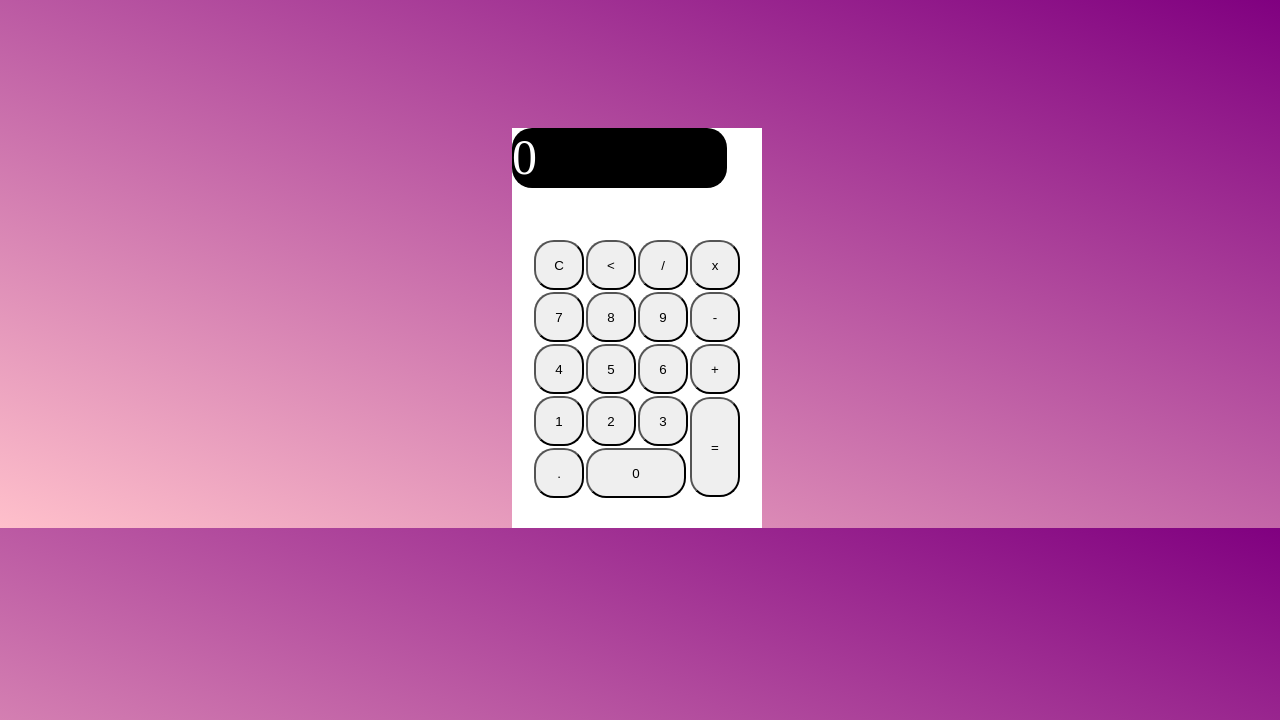
Repository: mariele-huff/calculadora
Page: index.html
The author's editor kept a copy of each file at every save. The page is drawn from the files as they stood at one save, then again after the next save.
The browser window is 1280 px wide. The pictures show the whole page.

Above is the page before, as saved 2022-08-12 18:58:38.

### index.html
<!DOCTYPE html>
<html lang="pt-br">

<head>
    <meta charset="UTF-8">
    <meta http-equiv="X-UA-Compatible" content="IE=edge">
    <meta name="viewport" content="width=device-width, initial-scale=1.0">
    <link rel="stylesheet" href="style.css">
    <script src="index.js">

    </script>
    <title>Calculadora</title>
</head>

<body>
    <div class="calculadora">
        <p id="resultado">0</p>
        <table>
            <tr>
                <td><button class="botao" onclick="limpar()">C</button></td>
                <td><button class="botao" onclick="voltar()">
                        < </button>
                </td>
                <td><button class="botao" onclick="acrescenta('/')">/</button></td>
                <td><button class="botao" onclick="acrescenta('x')">x</button></td>
            </tr>
            <tr>
                <td><button class="botao" onclick="acrescenta('7')">7</button></td>
                <td><button class="botao" onclick="acrescenta('8')">8</button></td>
                <td><button class="botao" onclick="acrescenta('9')">9</button></td>
                <td><button class="botao" onclick="acrescenta('-')">-</button></td>
            </tr>
            <tr>
                <td><button class="botao" onclick="acrescenta('4')">4</button></td>
                <td><button class="botao" onclick="acrescenta('5')">5</button></td>
                <td><button class="botao" onclick="acrescenta('6')">6</button></td>
                <td><button class="botao" button onclick="acrescenta('+')">+</button>
                </td>
            </tr>
            <tr>
                <td><button class="botao" onclick="acrescenta('1')">1</button></td>
                <td><button class="botao" onclick="acrescenta('2')">2</button></td>
                <td><button class="botao" onclick="acrescenta('3')">3</button></td>
                <td rowspan="2"><button class="botao2" onclick="calcular()">=</button></td>
            </tr>
            <tr>

                <td> <button class="botao" onclick="acrescenta('.')">.</button></td>
                <td colspan="2"><button class="botao1" onclick="acrescenta('3')">0</button></td>
            </tr>
        </table>
    </div>

</body>

</html>

### style.css
*{
    margin: 0;
    padding: 0;
}

body{
    background-image: linear-gradient(20deg , pink, purple);

}

.calculadora{
    margin-top: 10%;
    background-color: white ;
    width: 250px;
    height: 400px;
    margin-left: 40%;
}



.botao{

    height: 50px;
    width: 50px;
    border-radius: 20px;

}
.botao1{

    height:50px;
    width: 100px;
    border-radius: 20px;

}
.botao2{

    height:100px;
    width: 50px;
    border-radius: 20px;

}
#resultado {
    margin-top: 100px;
    margin-bottom: 15px;
    background-color: black;
    height: 60px;
    width: 215px;
    border: 5px black;
    border-radius: 20px;
    color: white;
    font-size: 50px;

}
table{
        margin-left: 20PX;
        margin-top: 50PX;
}

### index.js
 let resultado = () => {
    let resultado = resultado.document.querySelector('#resultado').innerHTML
    return resultado
}

 let acrescenta = (num)=> {

let numero =   document.querySelector('#resultado').innerHTML

document.querySelector('#resultado').innerHTML=numero + num
 }

 let limpar = () =>{
    let resultado =   document.querySelector('#resultado')
    resultado.innerHTML= " "
}

 let voltar = () =>{
     resultado =  document.querySelector('#resultado').innerHTML
     document.querySelector('resultado').innerHTML = resultado.substring(0, resultado.length -1)



}
 let calcular = () => {
   let resultado = document.querySelector('#resultado').innerHTML
    if(resultado){
        document.querySelector('#resultado').innerHTML = eval(resultado)
    }

}

After the next save:
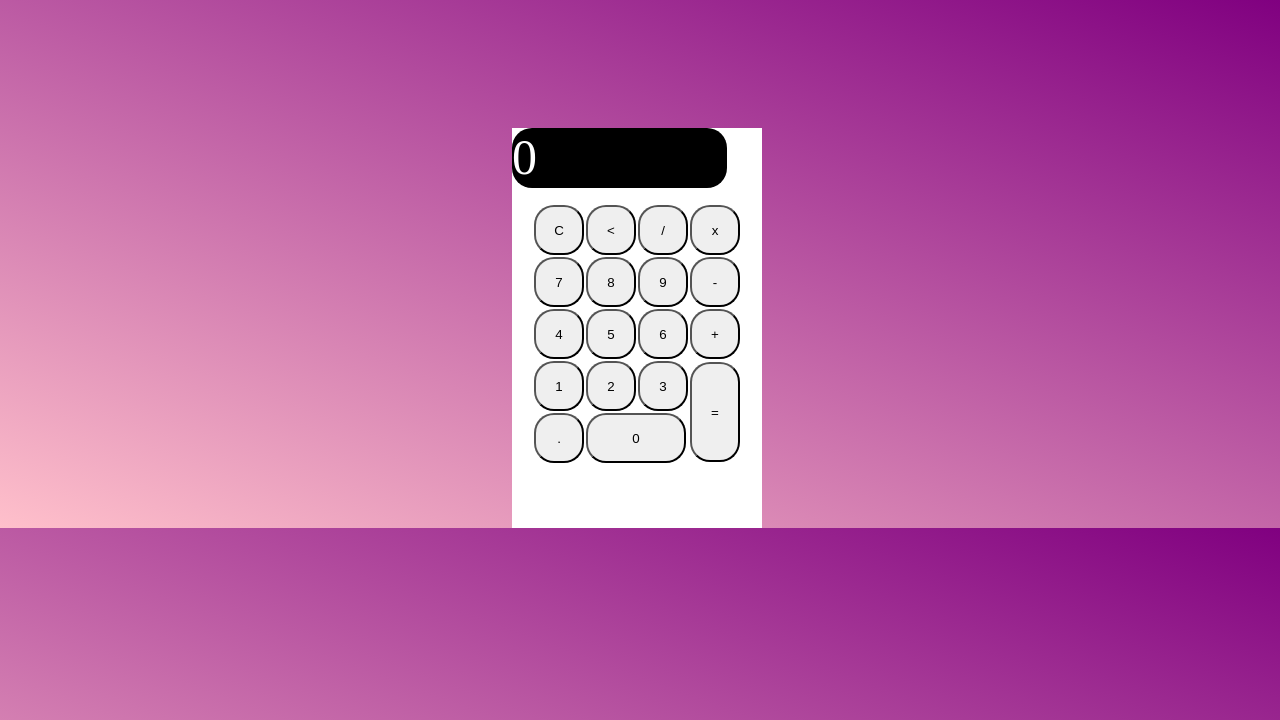
Saved 18 s later.
--- a/style.css
+++ b/style.css
@@ -52,6 +52,6 @@
 
 }
 table{
-        margin-left: 20PX;
-        margin-top: 50PX;
+        margin-left: 20px;
+        margin-top: 50;
 }

After the save that followed:
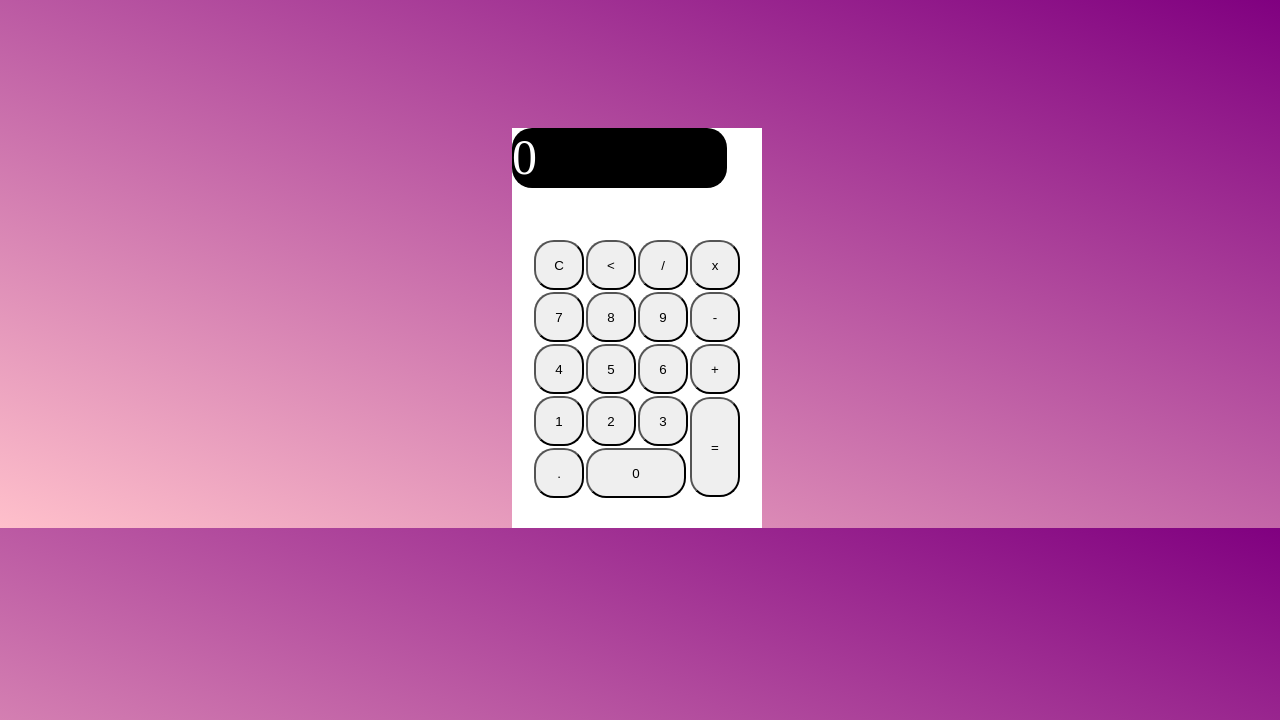
Saved 5 s later.
--- a/style.css
+++ b/style.css
@@ -53,5 +53,5 @@
 }
 table{
         margin-left: 20px;
-        margin-top: 50;
+        margin-top: 50px;
 }
